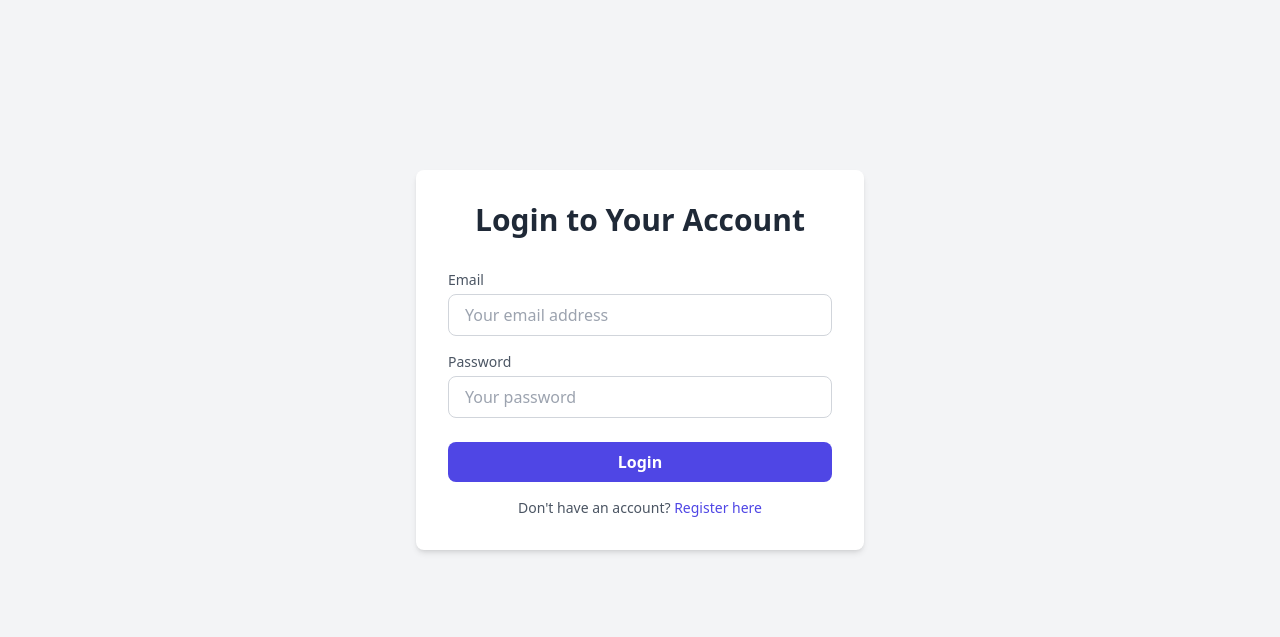
Repository: Lista-KM/church-platform
Page: http://localhost/login.php
The author's editor kept a copy of each file at every save. The page is drawn from the files as they stood at one save, then again after the next save.
The browser window is 1280 px wide. The pictures show the whole page.
Some web libraries are served in a nearby version. The page is run by PHP 8.4 with error messages shown; the project is at /var/www/html/.

Above is the page before, as saved 2025-04-18 05:03:45.

After the next save:
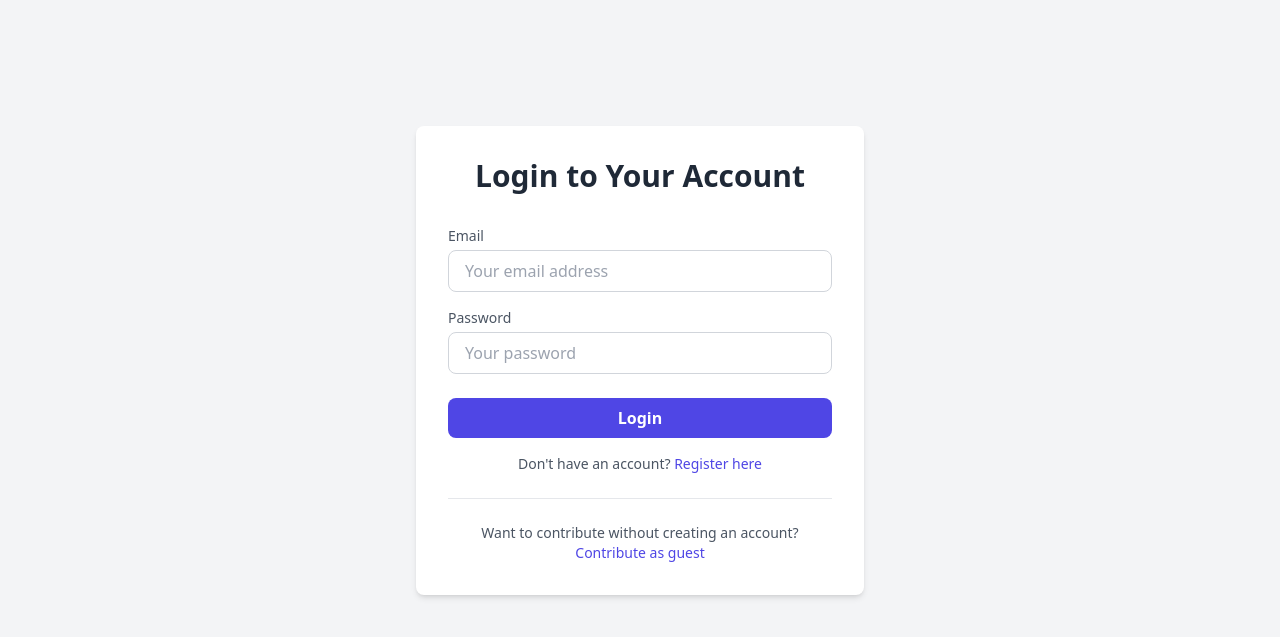
Saved 10 s later.
--- a/login.php
+++ b/login.php
@@ -1,6 +1,9 @@
 <?php
 include 'includes/db.php';
 include 'includes/functions.php';
+
+// Get referral code if available
+$referralCode = $_GET['ref'] ?? null;
 
 if ($_SERVER['REQUEST_METHOD'] === 'POST') {
     $email = sanitize($_POST['email']);
@@ -25,45 +28,72 @@ if ($_SERVER['REQUEST_METHOD'] === 'POST') {
         $error = "Invalid credentials.";
     }
 }
+
+// Check if user just registered
+$justRegistered = isset($_GET['registered']) && $_GET['registered'] === 'true';
 ?>
 
 <!DOCTYPE html>
 <html lang="en">
+
 <head>
-  <meta charset="UTF-8">
-  <meta name="viewport" content="width=device-width, initial-scale=1.0">
-  <title>Login</title>
-  <script src="https://cdn.tailwindcss.com"></script>
+    <meta charset="UTF-8">
+    <meta name="viewport" content="width=device-width, initial-scale=1.0">
+    <title>Login</title>
+    <script src="https://cdn.tailwindcss.com"></script>
 </head>
+
 <body class="bg-gray-100 min-h-screen flex justify-center items-center">
-  <div class="w-full max-w-md bg-white p-8 rounded-lg shadow-md">
-    <h2 class="text-3xl font-semibold text-center mb-8 text-gray-800">Login to Your Account</h2>
+    <div class="w-full max-w-md bg-white p-8 rounded-lg shadow-md">
+        <h2 class="text-3xl font-semibold text-center mb-8 text-gray-800">Login to Your Account</h2>
 
-    <?php if (isset($error)): ?>
+        <?php if ($justRegistered): ?>
+        <div class="bg-green-100 text-green-700 border-l-4 border-green-500 p-4 mb-4">
+            <p>Registration successful! Please login with your credentials.</p>
+        </div>
+        <?php endif; ?>
+
+        <?php if (isset($error)): ?>
         <div class="bg-red-100 text-red-700 border-l-4 border-red-500 p-4 mb-4">
             <p><strong>Error:</strong> <?php echo $error; ?></p>
         </div>
-    <?php endif; ?>
+        <?php endif; ?>
 
-    <form method="POST">
-      <div class="mb-4">
-        <label for="email" class="block text-sm font-medium text-gray-600">Email</label>
-        <input type="email" name="email" id="email" placeholder="Your email address" required class="mt-1 block w-full px-4 py-2 border border-gray-300 rounded-lg focus:outline-none focus:ring-2 focus:ring-indigo-500 focus:border-indigo-500">
-      </div>
+        <form method="POST">
+            <div class="mb-4">
+                <label for="email" class="block text-sm font-medium text-gray-600">Email</label>
+                <input type="email" name="email" id="email" placeholder="Your email address" required
+                    class="mt-1 block w-full px-4 py-2 border border-gray-300 rounded-lg focus:outline-none focus:ring-2 focus:ring-indigo-500 focus:border-indigo-500">
+            </div>
 
-      <div class="mb-6">
-        <label for="password" class="block text-sm font-medium text-gray-600">Password</label>
-        <input type="password" name="password" id="password" placeholder="Your password" required class="mt-1 block w-full px-4 py-2 border border-gray-300 rounded-lg focus:outline-none focus:ring-2 focus:ring-indigo-500 focus:border-indigo-500">
-      </div>
+            <div class="mb-6">
+                <label for="password" class="block text-sm font-medium text-gray-600">Password</label>
+                <input type="password" name="password" id="password" placeholder="Your password" required
+                    class="mt-1 block w-full px-4 py-2 border border-gray-300 rounded-lg focus:outline-none focus:ring-2 focus:ring-indigo-500 focus:border-indigo-500">
+            </div>
 
-      <button type="submit" class="w-full py-2 px-4 bg-indigo-600 text-white font-semibold rounded-lg hover:bg-indigo-700 focus:outline-none focus:ring-2 focus:ring-indigo-500 focus:ring-opacity-50">
-        Login
-      </button>
+            <button type="submit"
+                class="w-full py-2 px-4 bg-indigo-600 text-white font-semibold rounded-lg hover:bg-indigo-700 focus:outline-none focus:ring-2 focus:ring-indigo-500 focus:ring-opacity-50">
+                Login
+            </button>
 
-      <p class="mt-4 text-center text-sm text-gray-600">
-        Don't have an account? <a href="register.php" class="text-indigo-600 hover:text-indigo-700">Register here</a>
-      </p>
-    </form>
-  </div>
+            <p class="mt-4 text-center text-sm text-gray-600">
+                Don't have an account? <a
+                    href="register.php<?php echo $referralCode ? '?ref=' . urlencode($referralCode) : ''; ?>"
+                    class="text-indigo-600 hover:text-indigo-700">Register here</a>
+            </p>
+
+            <div class="mt-6 pt-6 border-t border-gray-200">
+                <p class="text-center text-sm text-gray-600">
+                    Want to contribute without creating an account?
+                    <a href="landing.php<?php echo $referralCode ? '?ref=' . urlencode($referralCode) : ''; ?>"
+                        class="text-indigo-600 hover:text-indigo-700">
+                        Contribute as guest
+                    </a>
+                </p>
+            </div>
+        </form>
+    </div>
 </body>
+
 </html>
